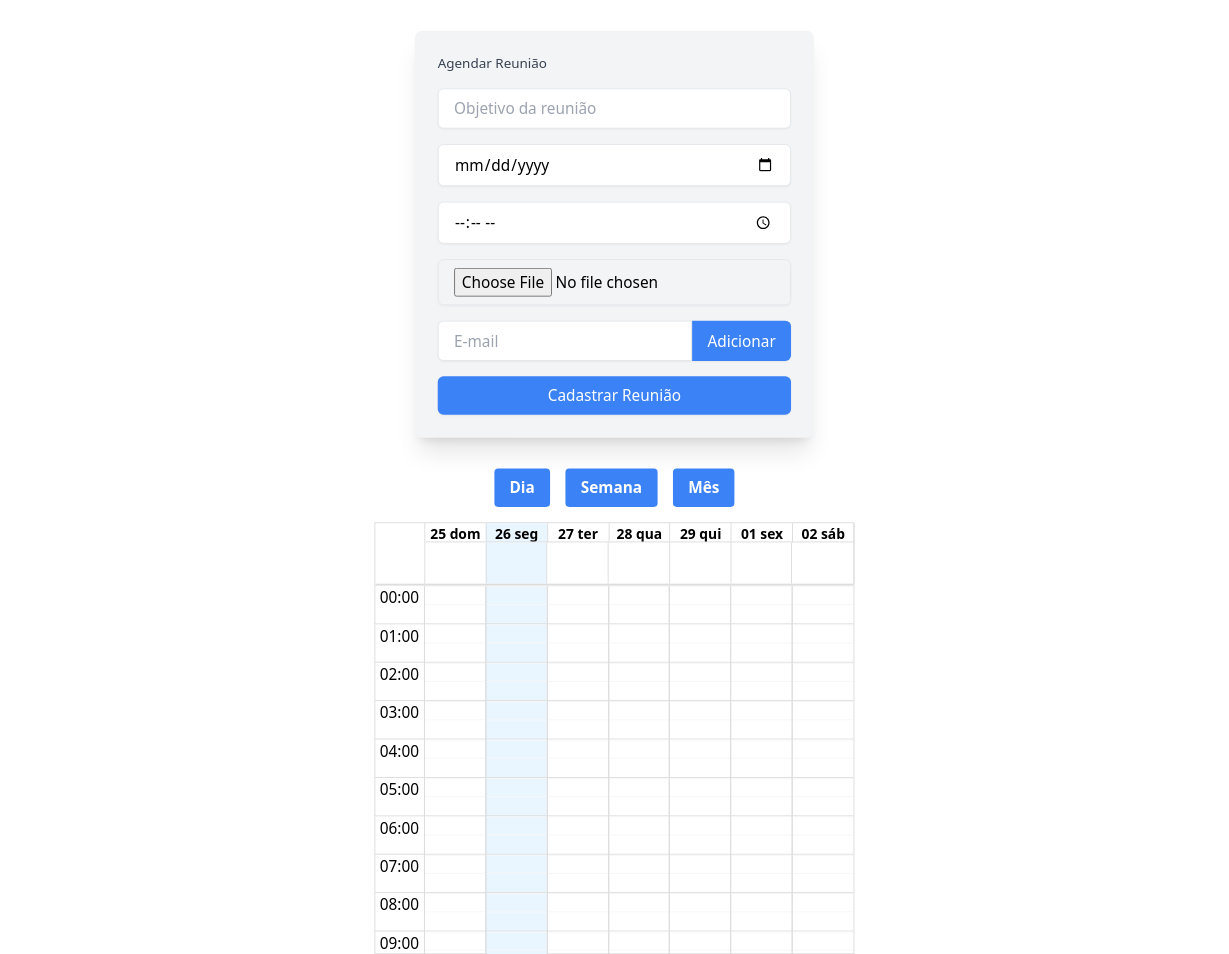
Repository: TamiBeira/meeting
Page: /
These files come from the project's save history. The page is drawn as it stood at one moment and after the next save; the edit follows.
The browser window is 1280 px wide. The pictures show the whole page, at 96% of full size.
An inner scrolling area shows only its first screen. The project was rebuilt for these pictures with package versions that can differ from the ones it lists, and the page was loaded fresh each time. Also part of the build but not shown: vite.config.ts.

Above is the page before, as saved 2024-02-26 17:29:05.

After the next save:
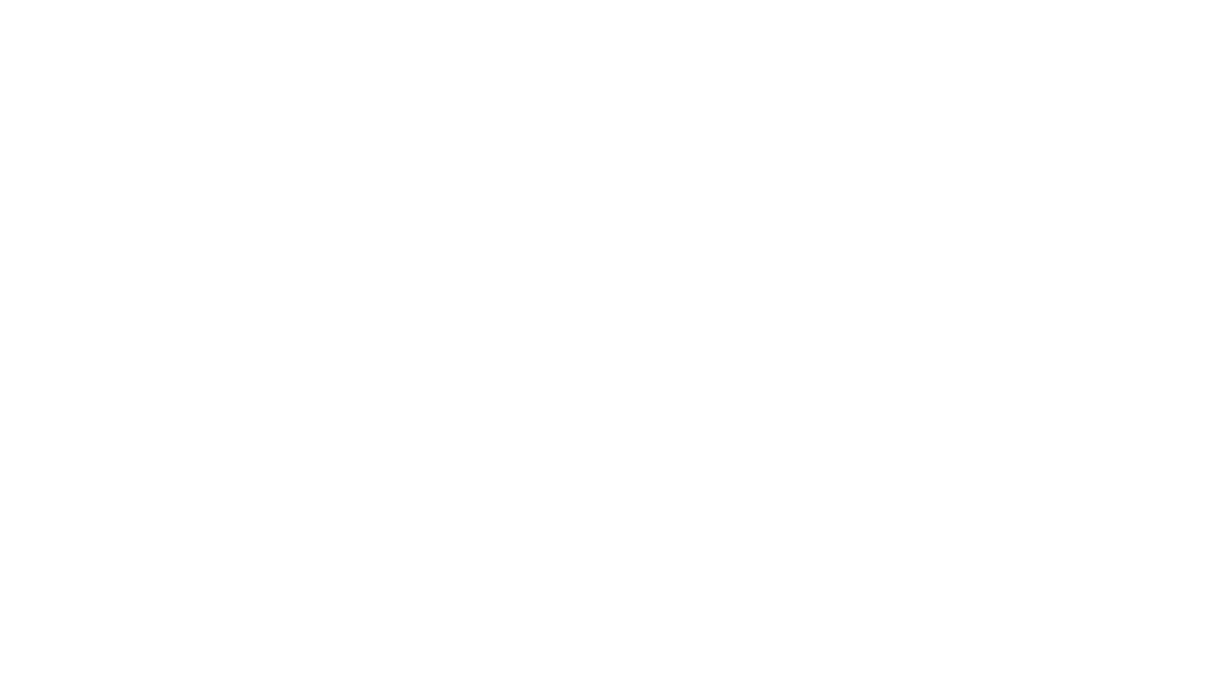
Console error: ReferenceError: w is not defined
Saved 54 s later.
--- a/src/app.tsx
+++ b/src/app.tsx
@@ -1,12 +1,12 @@
 import { FormProvider } from './contexts/FormContext';
 import { Form } from './components/Form';
-import { Calendar } from './components/Calendar';
+import { MeetingsView } from './components/MeetingsView';w
 
 export const App = () => {
   return (
     <FormProvider>
       <Form />
-      <Calendar />
+      <MeetingsView />
     </FormProvider>
   );
 };

After the save that followed:
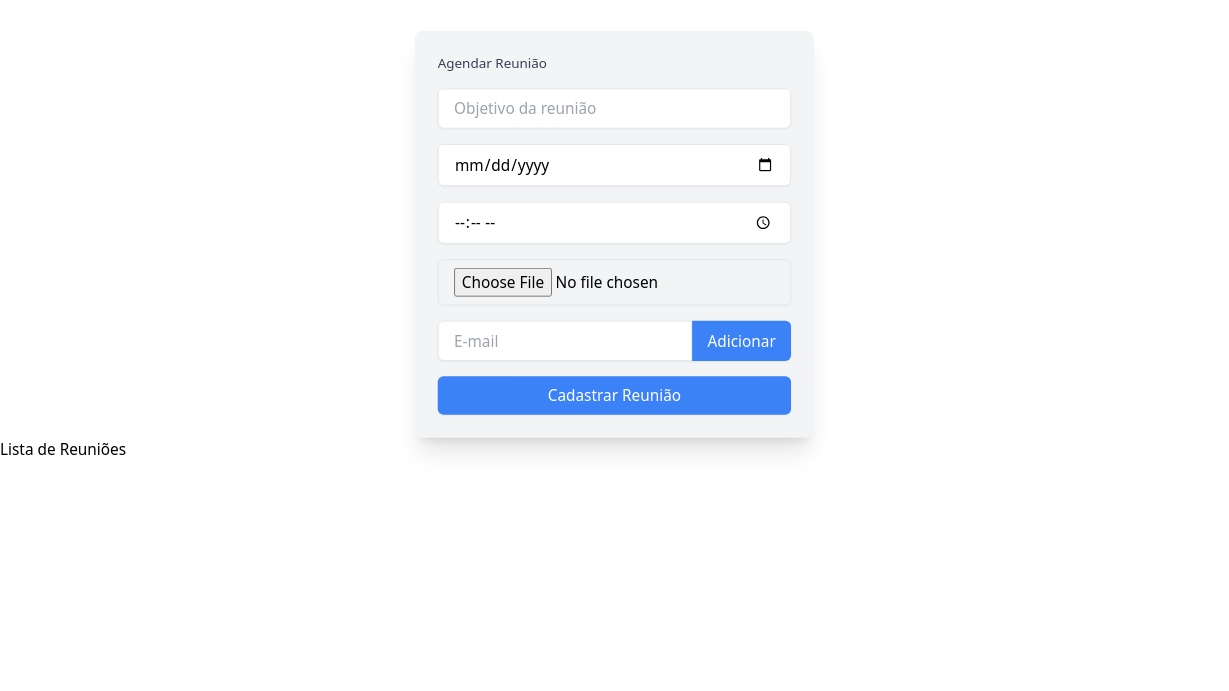
The error is gone.
Saved 17 s later.
--- a/src/app.tsx
+++ b/src/app.tsx
@@ -1,6 +1,6 @@
 import { FormProvider } from './contexts/FormContext';
 import { Form } from './components/Form';
-import { MeetingsView } from './components/MeetingsView';w
+import { MeetingsView } from './components/MeetingsView';
 
 export const App = () => {
   return (
